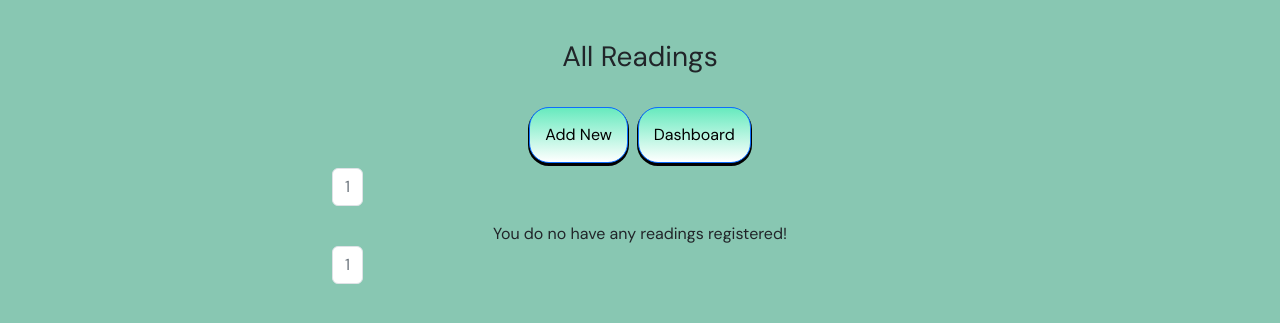
Repository: aiodell/my-glucose-checkup
Page: /bgls/all (app in client/)
These files come from the project's save history. The page is drawn as it stood at one moment and after the next save; the edit follows.
The browser window is 1280 px wide. The pictures show the whole page.
The page's requests for data from a server got no answer. The project was rebuilt for these pictures with package versions that can differ from the ones it lists, and the page was loaded fresh each time. No one was signed in, and anything a server would have sent is missing. Also part of the build but not shown: client/src/components/Login.js, client/src/components/Signup.js, client/src/components/Dashboard.js, client/src/components/NewReading.js, client/src/components/Home.js, client/src/components/BglUpdateForm.js, client/src/components/BglEventDetails.js, client/src/components/NewBglEvent.js and 8 more.

Above is the page before, as saved 2022-10-06 06:51:43.

### client/src/index.js
import React from 'react';
import ReactDOM from 'react-dom/client';
import {BrowserRouter as Router} from "react-router-dom";
import 'bootstrap/dist/css/bootstrap.min.css';
import App from './App';

const root = ReactDOM.createRoot(document.getElementById('root'));
root.render(
  <React.StrictMode>
  <Router>
    <App />
  </Router>
  </React.StrictMode>
);

### client/src/App.js
import { useState, useEffect } from "react"
import { Switch, Route, useHistory } from "react-router-dom"
import NavBar from "./components/NavBar"
import Login from "./components/Login"
import Signup from "./components/Signup"
import Dashboard from "./components/Dashboard"
import AllReadings from "./components/AllReadings"
import NewReading from "./components/NewReading"
import Home from "./components/Home"
import BglEventDetails from "./components/BglEventDetails"
import NewBglEvent from "./components/NewBglEvent"
import Events from "./components/Events"
import UserProfile from "./components/UserProfile"
import CreateProfile from "./components/CreateProfile"
import AllUsers from "./components/AllUsers"
import './styles.css'

const App = () => {
  const [currentUser, setCurrentUser] = useState("")
  const [readings, setReadings] = useState([])
  const [events, setEvents] = useState([])
  const [users, setUsers] = useState([])
  const [following, setFollowing] = useState([])
  const history = useHistory()

  useEffect( () => {
    fetch(`/auto-login`)
    .then((r) => {
      if (r.ok) {
        r.json().then((user) => setCurrentUser(user))
      }else{
        history.push("/login")
      }
    })
  }, [ ])

	useEffect(() => {
		fetch("/events")
		.then((r) => r.json())
		.then(setEvents)
	}, [])

  useEffect(() => {
		fetch("/bgls")
		.then((r) => r.json())
		.then(setReadings)
	}, [])

  useEffect(() => {
    fetch("/users")
    .then((r) => r.json())
    .then(setUsers)
  }, [])

  useEffect(() => {
    fetch("/relationships")
    .then((r) => r.json())
    .then(setFollowing)
  }, [])

  const updateUser = (user) => setCurrentUser(user)

  const addNewReading = (newReading) => {setReadings(readings => [...readings, newReading])}

  const deleteReading = (deletedReading) => {
    setReadings((readings) => readings.filter((reading) => reading.id !== deletedReading))
  }

  const deleteEvent = (deletedEvent) => {
    setEvents((events) => events.filter((event) => event.id !== deletedEvent))
  }

  const updateBgl = (updatedBgl) => {
    setReadings((readings) => readings.map(bgl => bgl.id === updatedBgl.id ? updatedBgl : bgl))
  }

  // add follower to list
  const addNewFollow = (newFollow) => {
    setFollowing(following => [...following, newFollow])
    const copyOfCurrentUser = {...currentUser}
    copyOfCurrentUser.followees.push(newFollow)
    setCurrentUser(copyOfCurrentUser)
  }

  // delete follower from the list
  const deleteFollow = (deletedFollow) => {
    setFollowing((following) => following.filter((following) => following.id !== deletedFollow))
  }

  const removeCurrentFollowing = (deletedFollowee) => {
    const copyOfCurrentUser = {...currentUser}
    copyOfCurrentUser.followees = copyOfCurrentUser.followees.filter(followee => followee.followee_id !== deletedFollowee.followee_id)
    setCurrentUser(copyOfCurrentUser)
  }

   return (
   <div>
    <NavBar
      currentUser = {currentUser}
      updateUser = {updateUser}
    />
    <Switch>
      <Route exact path = "/login">
        <Login updateUser = {updateUser}/>
      </Route>
      <Route exact path = "/signup">
        <Signup />
      </Route>
      <Route exact path = "/dashboard">
        <Dashboard
        currentUser = {currentUser}
        readings = {readings}
        setReadings = {setReadings}
        following = {following}  // will be used to display the highs and lows of a user being followed
        users = {users}
        />
      </Route>
      <Route exact path= "/bgls/all">
        <AllReadings
        readings = {readings}
        setReadings = {setReadings}
        />
      </Route>
      <Route exact path= "/bgls/new">
        <NewReading addNewReading= {addNewReading} />
      </Route>
      <Route exact path= "/bgls/:id/">
        <BglEventDetails
          updateBgl = {updateBgl}
          deleteReading= {deleteReading}
          readings = {readings}
        />
      </Route>
      <Route exact path="/bgls/:id/bgl_events/new">
        <NewBglEvent events= {events}/>
      </Route>
      <Route exact path="/events">
        <Events
          deleteEvent = {deleteEvent}
          events = {events}
          setEvents = {setEvents}
        />
      </Route>
      <Route exact path= "/me">
        <UserProfile
        currentUser = {currentUser}
        users = {users}
        />
      </Route>
      <Route exact path = "/create-profile">
        <CreateProfile />
      </Route>
      <Route exact path= "/users">
        <AllUsers
        currentUser = {currentUser}
        users = {users}
        addNewFollow = {addNewFollow}
        deleteFollow = {deleteFollow}
        removeCurrentFollowing ={removeCurrentFollowing}
        />
      </Route>
      <Route exact path="/">
        <Home
        currentUser = {currentUser}
        setCurrentUser = {setCurrentUser}/>
      </Route>
    </Switch>
   </div>
  )
}

export default App;

### client/src/components/NavBar.js
import { useHistory, NavLink } from 'react-router-dom'
import Container from "react-bootstrap/Container"
import Nav from 'react-bootstrap/Nav';
import Navbar from 'react-bootstrap/Navbar';
import '../styles.css';

const NavBar = ({updateUser, currentUser}) => {
	const history = useHistory()

	// log out only available when logged in
	const handleLogout = (e) => {
		fetch(`/logout`, {
			method: 'DELETE'
		})
		.then(() => {
			updateUser("")
			history.push('/')
		})
	}

	return(
		<>
		{currentUser ?
			<Navbar bg="dark" variant="dark" expand="lg">
			<Container className="nav-bar">
				<Navbar.Brand>My Glucose Checkup</Navbar.Brand>
				<Navbar.Toggle aria-controls="basic-navbar-nav" />
				<Navbar.Collapse id="basic-navbar-nav"></Navbar.Collapse>
					<Nav className="me-auto">
						<NavLink className="nav-link" to="/dashboard">
							<Nav.Item>Dashboard</Nav.Item>
						</NavLink>
						<NavLink className="nav-link" to="/bgls/all">
							<Nav.Item>My BGLs</Nav.Item>
						</NavLink>
						<NavLink className="nav-link" to="/bgls/new">
							<Nav.Item>New Reading</Nav.Item>
						</NavLink>
						<NavLink className="nav-link" to="/me">
							<Nav.Item>My Account</Nav.Item>
						</NavLink>
						<NavLink className="nav-link" to="/users">
							<Nav.Item>All Users</Nav.Item>
						</NavLink>
						<Nav.Link onClick={handleLogout}>Logout</Nav.Link>
					</Nav>
			</Container>
		</Navbar> : null }
		</>
	)
}

export default NavBar

### client/src/components/AllReadings.js
import { useState, useEffect } from "react"
import Pagination from "react-bootstrap/Pagination"
import { useHistory, Link, NavLink } from "react-router-dom"
import Card from 'react-bootstrap/Card';
import Container from "react-bootstrap/Container"
import Button from "react-bootstrap/Button"

const AllReadings = ({readings, setReadings }) => {
	const [errors, setErrors] = useState([])
	const [ currentRange, setCurrentRange ] = useState([0, 10]);
	const history = useHistory()

	useEffect(() => {
		fetch("/bgls")
		.then(r => {
			if(r.ok){
				r.json().then(readings => setReadings(readings))
			}else{
				r.json().then(data => {
					setErrors(data.errors)
					history.push("/login")
				})
			}
		})
	}, [])

	const handleDelete = (id) => {
		fetch(`/bgls/${id}`, {
			method: "DELETE",
		})
		.then(() =>{
			setReadings((readings) => readings.filter((reading) => reading.id !== id))
		})
	}

		// render the current Bgls
	const renderReadings = readings.map((bgl) => {
		return(
			<Card className="bgl-card" key= {bgl.id}>
				<Card.Body as={Link} to= {`/bgls/${bgl.id}`}>
					<Card.Title className="card-title">
						{bgl.value} mg/dl
					</Card.Title>
					<Card.Text>
						{bgl.created_at}
					</Card.Text>
				</Card.Body>
				<Button className="delete-btn" onClick={() => handleDelete(bgl.id)}>
					Delete
				</Button>
			</Card>
		)
	})


	// pagination of the Bgls
  	const handlePageClick = (e) => {
    const pageNum = e.target.innerText;

    if(pageNum === '1') {
      setCurrentRange([ 0, 20 ]);
    } else {
      const start = pageNum * 20 - 19;
      const end = pageNum * 20;
      setCurrentRange([ start, end ]);
    }
  }

	const bglPages = () => {
    let pages = [];
    let numOfPages = renderReadings.length / 10 + 1;

    for( let pageNum = 1; pageNum <= numOfPages; pageNum++ ) {
      pages.push(
        <Pagination.Item
          key={ pageNum }
          onClick={ handlePageClick }
          active={ currentRange[1] / 10 === pageNum }
          disabled={ currentRange[1] / 10 === pageNum }
        >
          { pageNum }
        </Pagination.Item>
      )
    }
    return pages;
  }
  	// end of pagination of Bgls

	const bglPage = renderReadings.slice(...currentRange)

	return(
		<>
		{errors ? errors.map(e => <section>{e}</section>):null}
			<Container className="all-bgl-container-style">
				<h3 className="title">All Readings</h3>
				<NavLink to="/bgls/new">
					<Button className="btns">Add New</Button>
				</NavLink>
				<NavLink to="/dashboard">
					<Button className="btns">Dashboard</Button>
				</NavLink>
				<Pagination>{ bglPages() }</Pagination>
					{bglPage.length > 0 ? bglPage : "You do no have any readings registered!"}
				<Pagination>{ bglPages() }</Pagination>
			</Container>
		</>
	)
}

export default AllReadings

### client/src/styles.css
@import url('https://fonts.googleapis.com/css2?family=DM+Sans&display=swap');
@import url('https://fonts.googleapis.com/css2?family=Carter+One&family=DM+Sans&display=swap');

body {
  font-family: 'DM Sans', sans-serif;
  background-color:#88c7b2;
  margin: 0px;
}

/*Universal */
.btns {
  background-image: linear-gradient(#67eabe, #ffffff);
  color: rgb(0, 0, 0);
  padding: 15px;
  margin: 5px;
  text-align: center;
  border-radius: 20px;
  box-shadow: 0px 2px 0px 1px black;
  text-decoration: none;
}

.container-style{
  text-align: center;
  padding: 10px;
  position: relative;
}

.navbar-brand{
  font-family: 'Carter One', cursive;
  font-size: 2rem;
  text-align:left
}

/*Home Page */
.Home {
  text-align: center;
}

.home-background {
  background-color: #88c7b2;
  min-height: 100vh;
  display: flex;
  flex-direction: column;
  align-items: center;
  justify-content: center;
  font-size: calc(10px + 2vmin);
  color: white;
}

.welcome {
  font-family: 'Carter One', cursive;
  text-shadow: 2px 2px black;
  text-align: center;
}

.home-btn-div {
  align-content: center;
}

/*Forms */
.form-style{
  margin-top: 100px;
  border-radius: 20px;
  box-shadow: 0px 2px 0px 1px black;
  background-image: linear-gradient(#67eabe, #ffffff);
  color: rgb(0, 0, 0);
}
.title{
  padding: 20px;
  position: relative;
}

/*Dashbord */
.dash-container{
  margin-top: 100px;
  padding: 20px;
  background-image: linear-gradient(#67eabe, #ffffff);
  border-radius: 25px;
  position: relative;
}

.current-bgl{
  border-radius: 50%;
  height: 150px;
  width: 150px;
  vertical-align: middle;
  left: 44%;
  position: relative;
  box-shadow: 2px 2px 2px 2px black;
  background-image: linear-gradient(#67eabe, #ffffff);
}

.current-txt{
  text-align: center;
  font-size: 4rem;
  padding-top: 40px;
  padding-left: 5px;
  position: relative;
}

.low-high-avg{
  padding: 20px;
  position: relative;
}

.dash-title{
  font-family: 'Carter One', cursive;
  text-shadow: 2px 2px 2px black;
  color: white
}

/*Events */

.list{
  list-style: none;
  padding: 5px;
  font-size: 150%;
}

.event-container-style{
  text-align: center;
  padding: 10px;
  position: relative;
  margin: 5px;
}

.delete-btn{
  background-image: linear-gradient(#67eabe, #ffffff);
  color: rgb(0, 0, 0);
  padding: 5px;
  margin: 5px;
  text-align: center;
  box-shadow: 0px 2px 0px 1px black;
  text-decoration: none;
}
.event-card{
  vertical-align: middle;
  left: 39%;
  position: relative;
}

/*All bgls*/
.all-bgl-container-style{
  align-content: center;
  margin-top: 20px;
  text-align: center;
  display: relative;
  position:relative;
  max-width: 50%;
}

.pages{
  text-align: center;
}
.bgl-card{
  margin: 10px;
  text-decoration: none;
  color: black;
  box-shadow: 0px 2px 0px 2px black;
}

.card-title{
  font-size: 150%;
}

.search {
  width: 50%;
  text-align: center;

  position: relative;
  display: block;
  margin: auto;
  padding: 2rem;
}

.searchTerm {
  text-align: center;
  width: 100%;
  border: 3px solid #004e59;
  padding: 5px;
  height: 3rem;
  border-radius: 5px;
  outline: none;
  font-size: 1.5rem;
}

/* Profile Completion Form */
.form-title{
  text-align: center;
  margin-top: 15px;
}

.profile-completion{
  text-align: center;
  padding: 15px;
  margin: 10px;
  box-shadow: 1px 2px 0px 1px black;
  background-image: linear-gradient(#eaeaea, #ffffff);
  color: rgb(0, 0, 0);
}

.profile-label{
  margin-bottom: 5px;
  margin-top: 10px;
}

.form-check{
  margin-top: 5px
}

/*profile container*/
.profile-container{
  align-content: center;
  margin-top: 20px;
  text-align: center;
  display: relative;
  position:relative;
  max-width: 50%;
}

Loaded but not shown: client/public/index.html (common file)

After the next save:
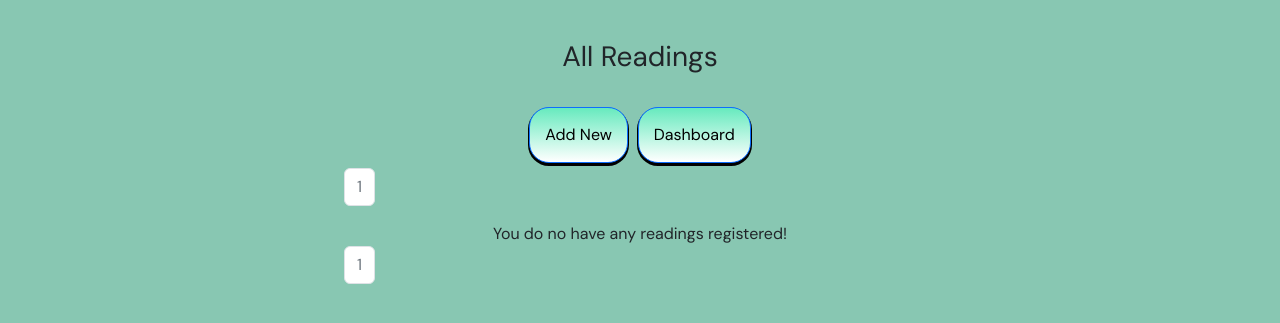
Saved 98 s later.
--- a/client/src/components/AllReadings.js
+++ b/client/src/components/AllReadings.js
@@ -99,9 +99,13 @@ const AllReadings = ({readings, setReadings }) => {
 				<NavLink to="/dashboard">
 					<Button className="btns">Dashboard</Button>
 				</NavLink>
-				<Pagination>{ bglPages() }</Pagination>
+				<Container>
+					<Pagination className="pages">{ bglPages() }</Pagination>
+				</Container>
 					{bglPage.length > 0 ? bglPage : "You do no have any readings registered!"}
-				<Pagination>{ bglPages() }</Pagination>
+				<Container>
+					<Pagination className="pages">{ bglPages() }</Pagination>
+				</Container>
 			</Container>
 		</>
 	)
